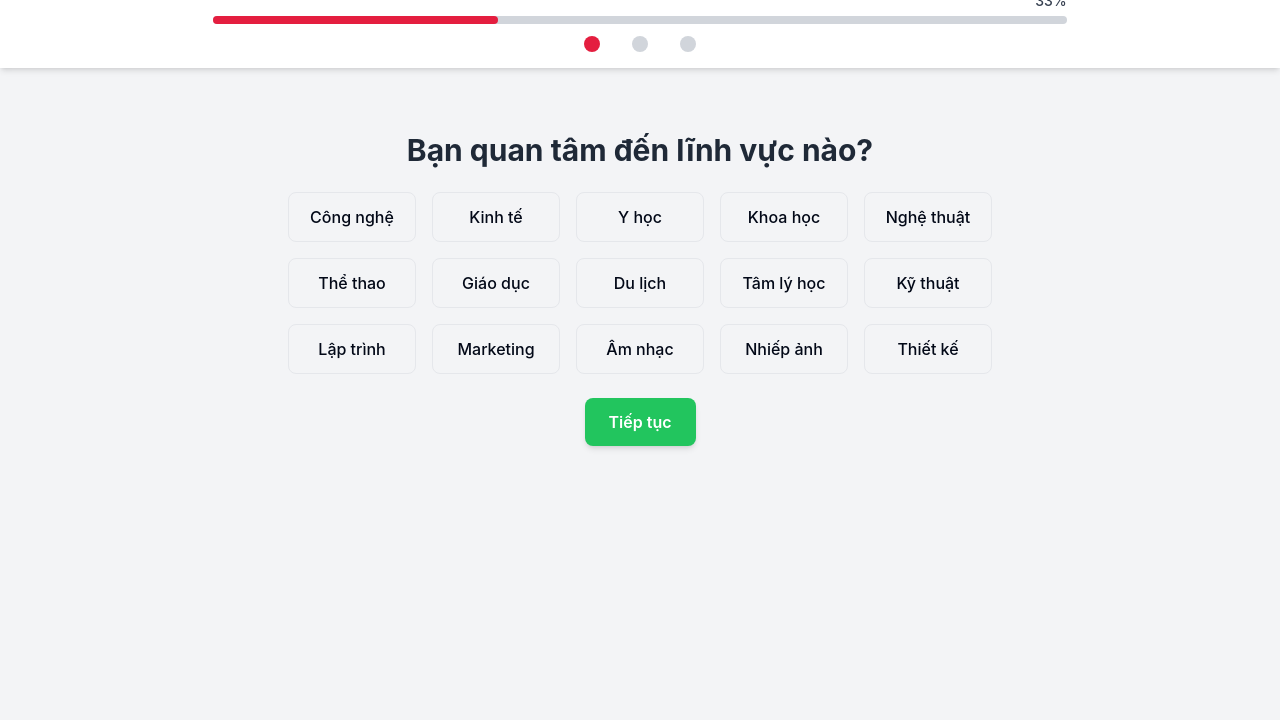
Repository: nguyenbathevien/KLTN
Page: /survey/step1 (app in FE/client/)
The author's editor kept a copy of each file at every save. The page is drawn from the files as they stood at one save, then again after the next save.
The browser window is 1280 px wide. The pictures show the whole page.
The page's requests for data from a server got no answer. An inner scrolling area shows only its first screen. The project was rebuilt for these pictures with package versions that can differ from the ones it lists, and the page was loaded fresh each time. No one was signed in, and anything a server would have sent is missing. Also part of the build but not shown: FE/client/vite.config.js, FE/client/src/components/common/Header/Header.jsx, FE/client/src/components/common/Footer/Footer.jsx, FE/client/src/components/common/Layout/TeacherLayout.jsx, FE/client/src/pages/teacher/DashboardTeacher.jsx, FE/client/src/pages/teacher/CourseManagement.jsx, FE/client/src/pages/teacher/Statistics.jsx, FE/client/src/pages/teacher/Profile.jsx and 22 more.

Above is the page before, as saved 2025-03-14 09:10:14.

After the next save:
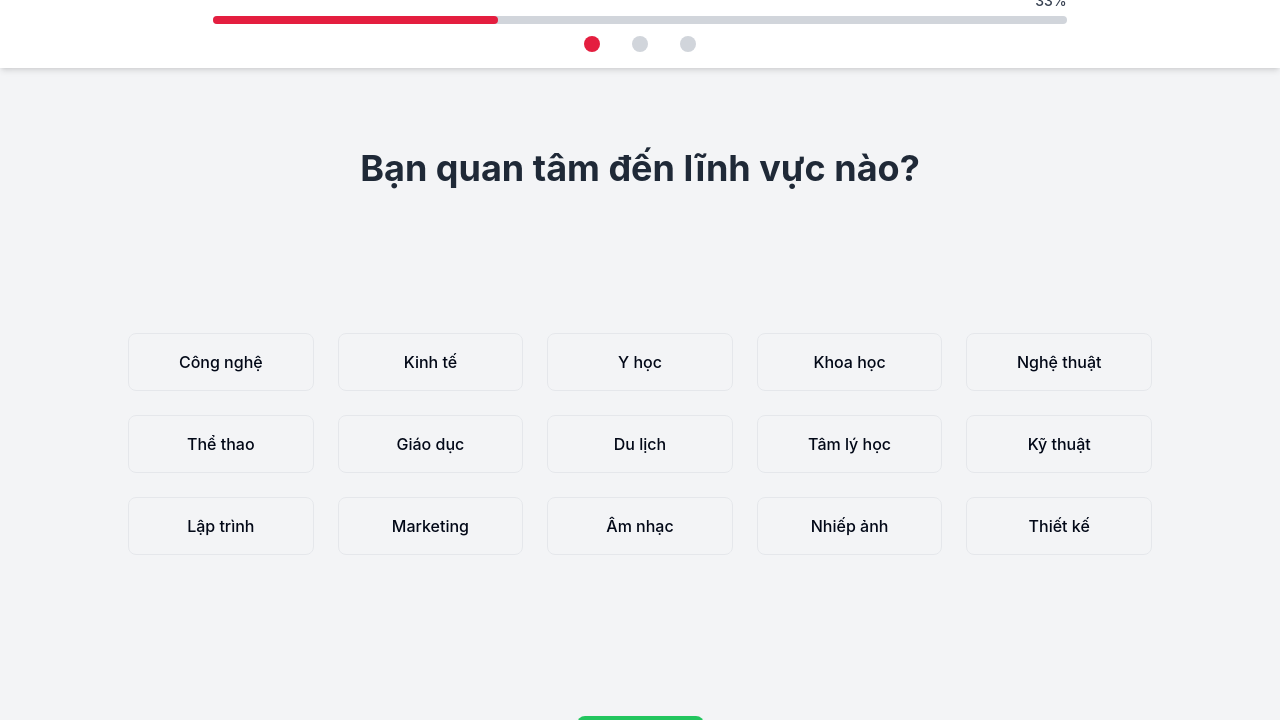
Saved 97 s later.
--- a/FE/client/src/pages/survay/SurveyStep1.jsx
+++ b/FE/client/src/pages/survay/SurveyStep1.jsx
@@ -35,17 +35,19 @@ const SurveyStep1 = () => {
   const handleNext = () => navigate("/survey/step2");
 
   return (
-    <div className="p-8 max-w-3xl mx-auto">
-      <h2 className="text-3xl font-bold text-gray-800 text-center mb-6">
+    <div className="flex flex-col justify-between min-h-screen p-12">
+      {/* Tiêu đề */}
+      <h2 className="text-4xl font-bold text-gray-800 text-center mb-8">
         Bạn quan tâm đến lĩnh vực nào?
       </h2>
 
-      <div className="grid grid-cols-3 sm:grid-cols-4 md:grid-cols-5 gap-4">
+      {/* Danh sách lựa chọn */}
+      <div className="grid grid-cols-2 sm:grid-cols-3 md:grid-cols-4 lg:grid-cols-5 gap-6 mx-auto w-full max-w-5xl">
         {interestsList.map((item) => (
           <motion.button
             key={item}
             whileTap={{ scale: 0.9 }}
-            className={`p-3 border rounded-lg text-center font-medium transition duration-300 ${
+            className={`p-4 border rounded-lg text-center font-medium transition duration-300 ${
               interests.includes(item)
                 ? "bg-primary text-white shadow-lg"
                 : "bg-gray-100 hover:bg-gray-200"
@@ -63,11 +65,12 @@ const SurveyStep1 = () => {
         ))}
       </div>
 
-      <div className="flex justify-center mt-6">
+      {/* Nút Tiếp tục */}
+      <div className="flex justify-center mt-12">
         <motion.button
           whileHover={{ scale: 1.1 }}
           whileTap={{ scale: 0.9 }}
-          className="bg-green-500 text-white px-6 py-3 rounded-lg font-semibold shadow-md transition"
+          className="bg-green-500 text-white px-8 py-4 rounded-lg font-semibold shadow-md transition"
           onClick={handleNext}
         >
           Tiếp tục
